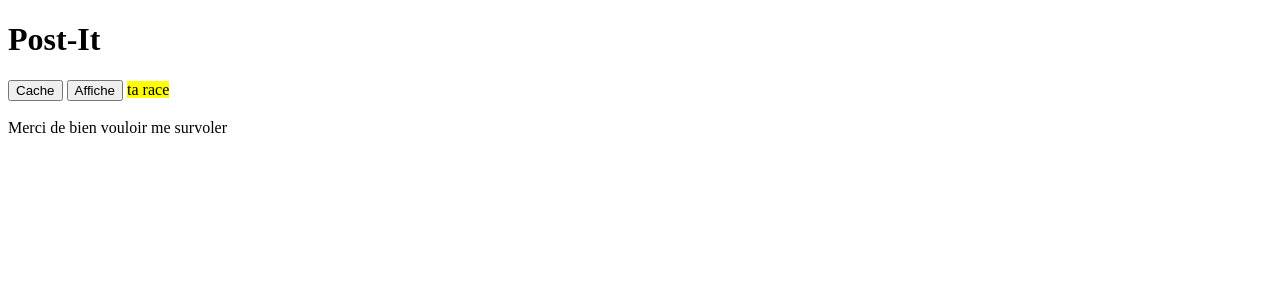
Repository: evalwebmeteofullstack/Gestion_meteo
Page: Notes/Cours + Exercices/Exercices/static/test/5em-code.html
These files come from the project's save history. The page is drawn as it stood at one moment and after the next save; the edit follows.
The browser window is 1280 px wide. The pictures show the whole page.

Above is the page before, as saved 2019-02-04 08:23:23.

### Notes/Cours + Exercices/Exercices/static/test/5em-code.html
<!DOCTYPE HTML>
<html>
<link rel="stylesheet" type="text/css" href="style5.css" />
<head>
</head>
<body>
	<h1>Post-It</h1>
	<input type="button" name="butCache" id="butCach" value="Cache">
	<input type="button" name="butAfficher" id="butAf" value="Affiche">
	<div id="postIt">ta race</div>
	<br>
	<br>
	<label>Merci de bien vouloir me survoler</label>
	<script src="test5.js"></script>
</body>
</html>

### Notes/Cours + Exercices/Exercices/static/test/style5.css
div{
	display: inline;
	width: 50%;
	background-color: yellow;
}

Loaded but not shown: Notes/Cours + Exercices/Exercices/static/test/test5.js (no copy from this time; the picture is the same without it)

After the next save:
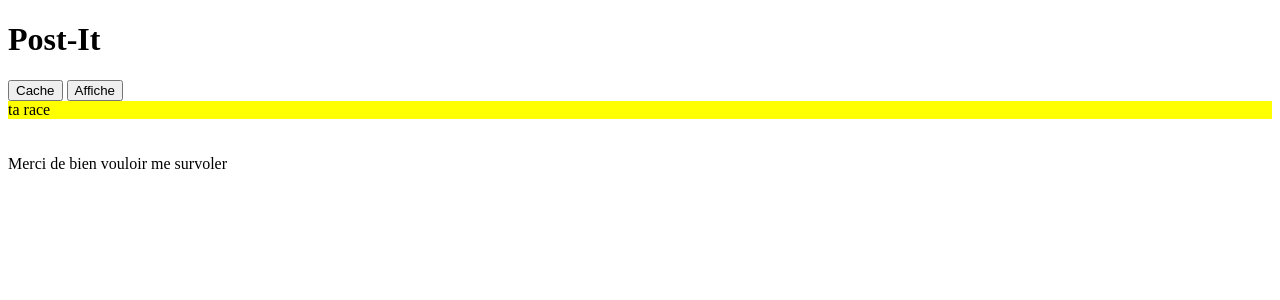
Saved 10 s later.
--- a/Notes/Cours + Exercices/Exercices/static/test/style5.css
+++ b/Notes/Cours + Exercices/Exercices/static/test/style5.css
@@ -1,5 +1,3 @@
-div{
-	display: inline;
-	width: 50%;
+#postIt{
 	background-color: yellow;
 }
